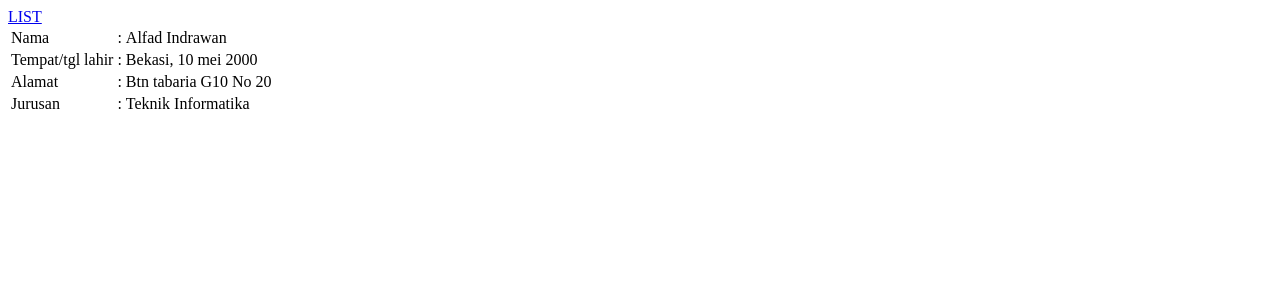
Repository: alfadindrawan/CRUD-ExpressJs
Page: http://localhost/bio
The author's editor kept a copy of each file at every save. The page is drawn from the files as they stood at one save, then again after the next save.
The browser window is 1280 px wide. The pictures show the whole page.
The page is served by the project's Node server (app.js). Other server files are loaded and not shown.

Above is the page before, as saved 2021-10-06 12:50:24.

### views/bio.ejs
<!DOCTYPE html>
<html lang="en">
<head>
    <meta charset="UTF-8">
    <meta http-equiv="X-UA-Compatible" content="IE=edge">
    <meta name="viewport" content="width=device-width, initial-scale=1.0">
    <title>Document</title>
</head>
<body>
    <header>
        <a href="/" class="header-logo">LIST</a>
    </header>

    <div class="table-container">

      <table border="0" >
          <tr>
              <td>Nama</td>
              <td>:</td>
              <td>Alfad Indrawan</td>
          </tr>

          <tr>
              <td>Tempat/tgl lahir</td>
              <td>:</td>
              <td>Bekasi, 10 mei 2000</td>
          </tr>

          <tr>
              <td>Alamat</td>
              <td>:</td>
              <td>Btn tabaria G10 No 20</td>
          </tr>

          <tr>
              <td>Jurusan</td>
              <td>:</td>
              <td>Teknik Informatika</td>
          </tr>
      </table>
    </div>
</body>
</html>

### app.js
const express = require('express');
const connection = require('./database')
const app = express();

app.use(express.urlencoded({extended: false}));
app.use(express.static('public'));
connection.connect((err) => {
    if(err){
        console.log('error connecting: ' + err.stack);
        return;
    }
    console.log('success');
})

// app.get('/index',(req, res) => {
//     connection.query(
//         'SELECT *FROM items',
//         (error, results) => {
//             res.render('index.ejs', {items: results})
//         }
//     )
// });

app.get('/bio', (req, res) => {
    res.render('bio.ejs')
})

app.post('/create', (req, res) => {
    connection.query(
        'INSERT INTO items (name) VALUES (?)',
        [req.body.itemName],
        (error, results) => {
            res.redirect('/index')
        }
    )
});

app.get('/new', (req, res) => {
    res.render('new.ejs')
});

app.get('/', (req, res) => {
  connection.query(
      'SELECT *FROM items',
      (error, results) => {
          console.log(results);
          res.render('top.ejs');
      }
  );
});

app.post('/delete/:id', (req, res) => {
    let del = 'DELETE FROM items WHERE id= ?'
    connection.query(
        del,
        [req.params.id],
        (error, result) => {
            res.redirect('/index')
        }
    )
})


app.listen(80);

After the next save:
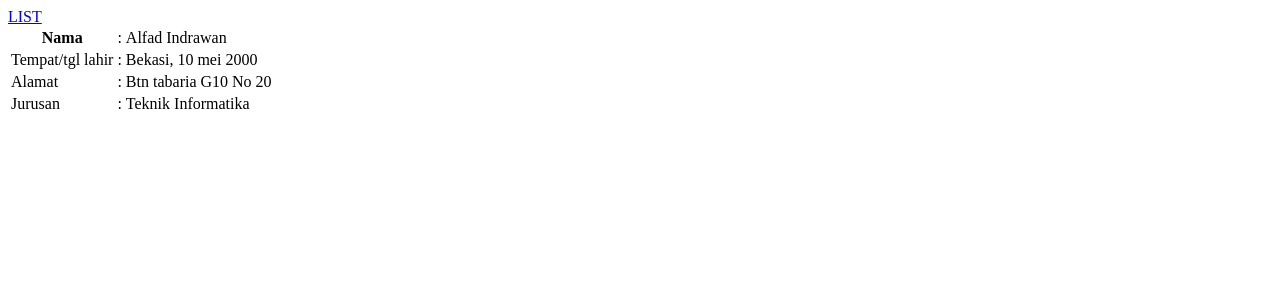
Saved 109 s later.
--- a/views/bio.ejs
+++ b/views/bio.ejs
@@ -15,7 +15,7 @@
 
       <table border="0" >
           <tr>
-              <td>Nama</td>
+              <th>Nama</th>
               <td>:</td>
               <td>Alfad Indrawan</td>
           </tr>
